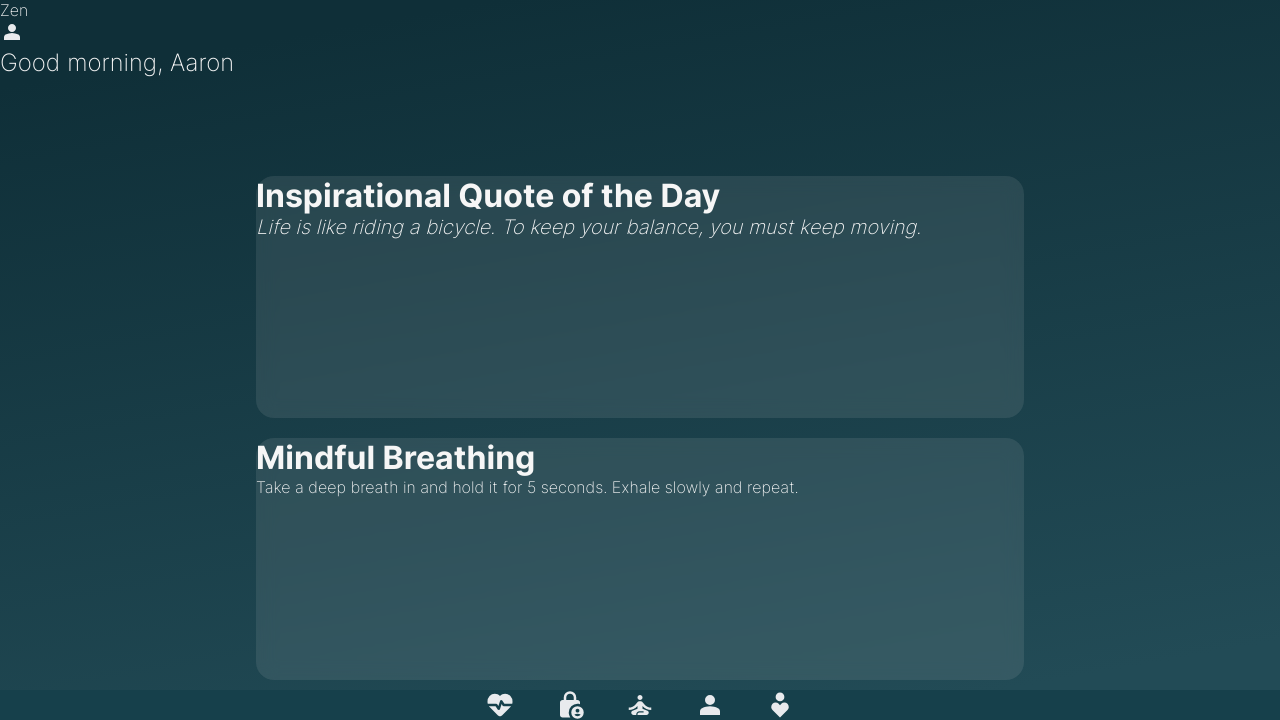
Repository: aaronw-dev/Zen
Page: dashboard.html
These files come from the project's save history. The page is drawn as it stood at one moment and after a run of saves; the edit follows.
The browser window is 1280 px wide. The pictures show the whole page.

Above is the page before, as saved 2024-06-08 13:54:50.

### dashboard.html
<!DOCTYPE html>
<html lang="en">

<head>
    <meta charset="UTF-8">
    <meta name="viewport" content="width=device-width, initial-scale=1.0">
    <title>Zen</title>
    <link rel="stylesheet" href="../static/colors.css">
    <link rel="stylesheet" href="../static/style.css">
</head>

<body>
    <div class="header">
        <logo src="../static/icons/crisis.svg">
        <span class="header-name">Zen</span>
    </div>
    <div class="profile-image">
        <img src="../static/icons/profile.svg">
        <h2>Good morning, Aaron</h2>
    </div>
    <div class="features">
        <div class="inspirational_quote">
            <h2 class="section-title">Inspirational Quote of the Day</h2>
            <p class="quote">Life is like riding a bicycle. To keep your balance, you must keep moving.</p>
        </div>
        <div class="mindful_breathing">
            <h2 class="section-title">Mindful Breathing</h2>
            <p>Take a deep breath in and hold it for 5 seconds. Exhale slowly and repeat.</p>
        </div>
    </div>
    <div class="bottom-icons">
        <img src="../static/icons/crisis.svg">
        <img src="../static/icons/journal.svg">
        <img src="../static/icons/meditate.svg">
        <img src="../static/icons/profile.svg">
        <img src="../static/icons/counselling.svg">
    </div>
</body>

</html>

### static/colors.css
:root {
    --text: #F6F6F6;
    --buttons: #0F2F38;
    --radial-bg: radial-gradient(89.12% 42.87% at 50.08% 50.93%, #2B606F 0%, #0D3642 100%);
    --linear-bg: linear-gradient(170deg, #0F2F38 9.2%, #224B56 91.67%);
}

### static/style.css
@font-face {
    font-family: Inter;
    src: url("./font/Inter-Bold.ttf");
    font-weight: bold;
}

@font-face {
    font-family: Inter;
    src: url("./font/Inter-ExtraLight.ttf");
    font-weight: lighter;
}

html {
    height: 100%;
}

body {
    height: 100%;
    margin: 0;
    background-repeat: no-repeat;
    background-attachment: fixed;
    background: var(--linear-bg);
}

* {
    font-family: Inter;
    color: var(--text);
    font-weight: lighter;
}

h1,
h2,
h3,
h4,
h5,
h6,
p {
    margin-top: 0;
    margin-bottom: 0;
}

.hero {
    position: absolute;
    left: 50%;
    transform: translateX(-50%);
    margin: auto;
    width: 40%;
    display: flex;
    flex-direction: column;
    align-items: center;
    top: 70px;
}

.hero img {
    width: 100%;
}

.hero-name {
    font-size: 60px;
}

.tagline {
    display: flex;
    flex-direction: column;
    align-items: center;
    line-height: 0.85;
    position: absolute;
    top: 50%;
    left: 50%;
    transform: translate(-50%, -50%);
    width: max-content;
}

.tagline span:nth-child(1) {
    font-weight: bold;
    font-size: 3.5em;
}

.tagline span:nth-child(2) {
    font-weight: lighter;
    font-size: 3.2em;
}

.action-buttons {
    display: flex;
    flex-direction: column;
    align-items: center;
    width: 60%;
    position: absolute;
    bottom: 40px;
    gap: 20px;
    left: 50%;
    transform: translateX(-50%);
}
.features {
    display: flex;
    flex-direction: column;
    align-items: center;
    height: 70%;
    width: 60%;
    position: absolute;
    bottom: 40px;
    gap: 20px;
    left: 50%;
    transform: translateX(-50%);
}
.action-buttons button {
    width: 100%;
    padding: 5px 30px;
    font-size: 25px;
    border: none;
    background-color: var(--buttons);
    border-radius: 15px;
}

.inspirational_quote{
    width: 100%;
    height: 100%;
    background: rgba(219.94, 219.94, 219.94, 0.11); border-radius: 18px;
    backdrop-filter: blur(8.90px);

}
.inspirational_quote p{
    font-size: 20px;
}
.mindful_breathing{
    width: 100%;
    height: 100%;
    background: rgba(219.94, 219.94, 219.94, 0.11); border-radius: 18px;
    backdrop-filter: blur(8.90px);
}

.bottom-icons {
    height: 30px;
    background: #16404B;
    display: flex;
    justify-content: center;
    position: absolute;
    bottom: 0px;
    width: 100%;
    gap: 40px;
}
.bottom-icons div {
    width: 30.61px;
    height: 43.72px;
    left: 10.93px;
    top: 4.37px;
    position: absolute;
    background: #F6F6F6;
    padding:10px;
    width: 50px;
    height: 50px;
}
.header{
    display: flex;
    align-items: center;
}
.header img {
    margin-right: auto;
}
.header-name {
    margin-left: auto;
}

.section-title{
    color: #F6F6F6;
    font-family: Inter;
    font-size: 32px;
    font-style: normal;
    font-weight: 700;
    line-height: normal;
}
.section-title h3{
    color: #F6F6F6;
    font-family: Inter;
    font-size: 32px;
    font-style: normal;
    font-weight: 700;
    line-height: normal;
}
.quote{
    color: #F6F6F6;
    font-family: Inter;
    font-size: 28px;
    font-style: italic;
    font-weight: 200;
    line-height: normal;
}

After the next 3 saves:
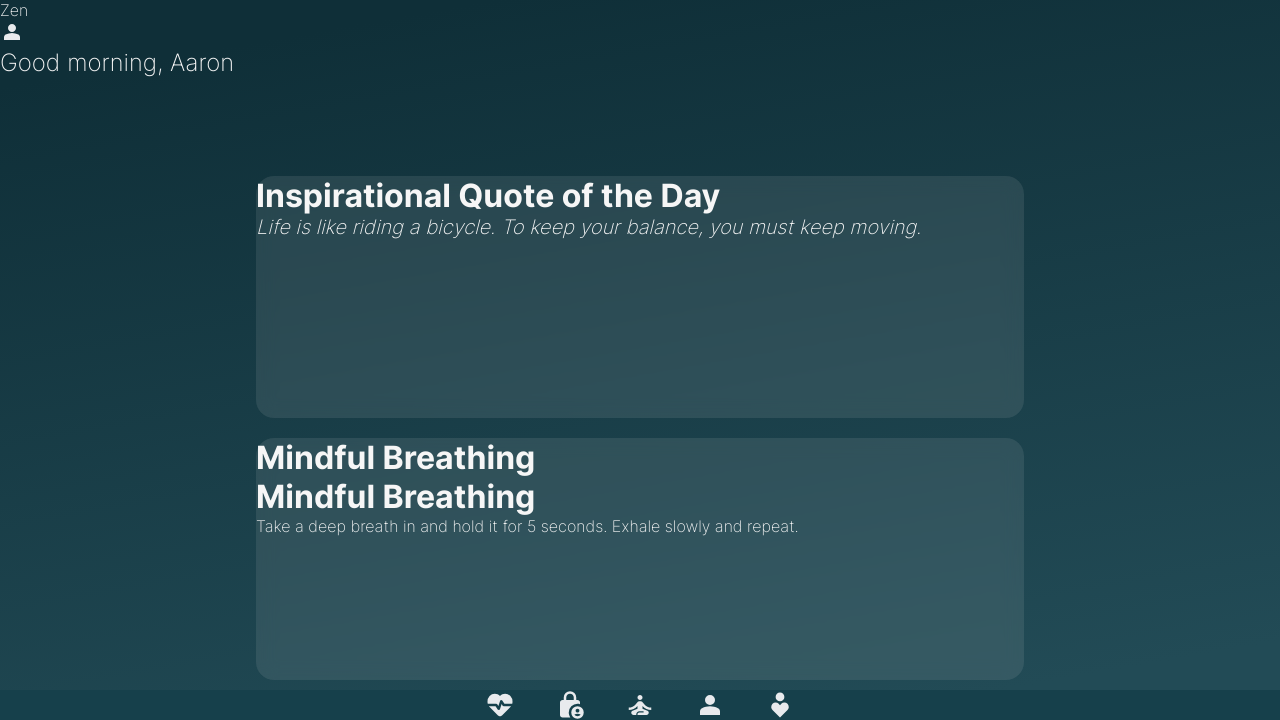
The 3 saves are shown as one change because they came seconds apart.
The last was saved 13 s later.
--- a/dashboard.html
+++ b/dashboard.html
@@ -24,7 +24,9 @@
             <p class="quote">Life is like riding a bicycle. To keep your balance, you must keep moving.</p>
         </div>
         <div class="mindful_breathing">
+
             <h2 class="section-title">Mindful Breathing</h2>
+            <h3 class="section-title">Mindful Breathing</h3>
             <p>Take a deep breath in and hold it for 5 seconds. Exhale slowly and repeat.</p>
         </div>
     </div>

After the save that followed:
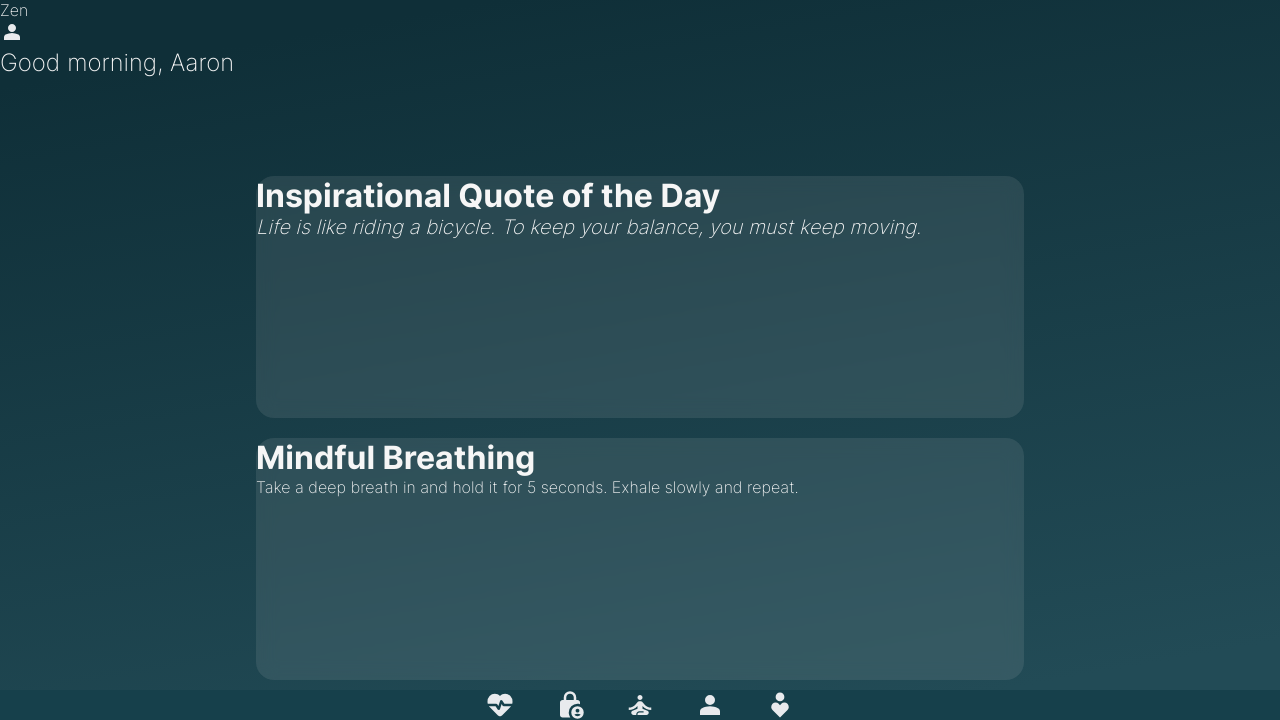
Saved 4 s later.
--- a/dashboard.html
+++ b/dashboard.html
@@ -26,7 +26,7 @@
         <div class="mindful_breathing">
 
             <h2 class="section-title">Mindful Breathing</h2>
-            <h3 class="section-title">Mindful Breathing</h3>
+            <h3 class="section-title"></h3>
             <p>Take a deep breath in and hold it for 5 seconds. Exhale slowly and repeat.</p>
         </div>
     </div>
